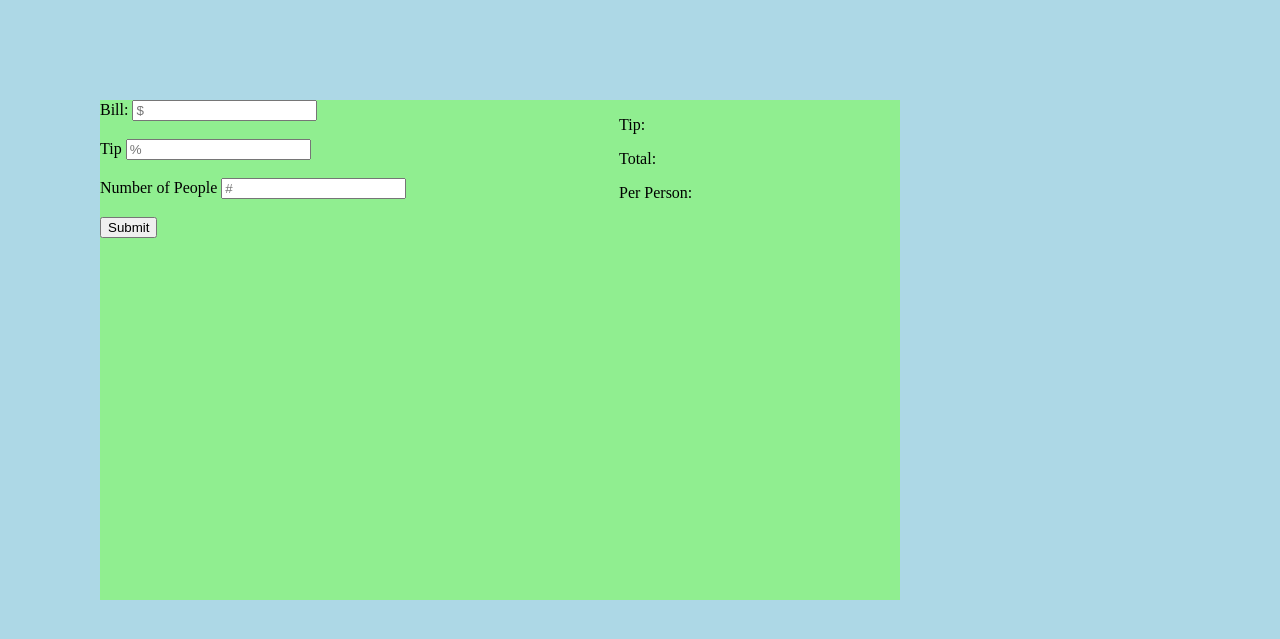
Repository: SamirIngley/Tip-Calculator
Page: tip_display.html
An editor plug-in stored every save of this project. The page is shown before and after the next save, followed by the edit.
The browser window is 1280 px wide. The pictures show the whole page.

Above is the page before, as saved 2020-02-13 09:16:52.

### tip_display.html
<!DOCTYPE html>
<html lang="en">
<head>
    <meta charset="UTF-8">
    <meta name="viewport" content="width=device-width, initial-scale=1.0">
    <meta http-equiv="X-UA-Compatible" content="ie=edge">
    <link href="style.css" rel="stylesheet">
    <title>Tip Calculator</title>
</head>
<body>

    <div class="main-content">
        <form id='form' class='form'>
            <div class='bill'>
                <label>Bill:</label>
                <input id='bill' type="number" name="bill" placeholder="$">
            </div>
            <br>
            <div class='tip'>
                <label>Tip</label>
                <input id='tip' type="number" name="tip" placeholder="%">
            </div>
            <br>
            <div class='numppl'>
                <label>Number of People</label>
                <input id='numppl' type="number" name="numppl" placeholder="#">
            </div>
            <br>
            <div class='submit'>
                <input type="submit" name="submit" value="Submit">
            </div>
        </form>


        <div>
            <p id='tip-display'>
                Tip:
            </p>

            <p id='total-display'>
                Total:
            </p>

            <p id='total-pp-display'>
                Per Person:
            </p>
        </div>

    </div>

</body>



    <script>

        const inputBill = document.getElementById('bill')
        const inputTip = document.getElementById('tip')
        const inputNumppl = document.getElementById('numppl')
        const form = document.getElementById('form')
        const displayTip = document.getElementById('tip-display')
        const displayTotal = document.getElementById('total-display')
        const displayTotalPP = document.getElementById('total-pp-display')


        function calculateTip() {

            const bill = parseInt(inputBill.value)
            const people = inputNumppl.value
            const percent = inputTip.value
            const tip = bill * percent / 100
            const total = bill + tip
            const totalPP = total / people
            console.log(bill)
            console.log(percent)
            console.log(total)
            console.log(tip)
            console.log(people)
            console.log(totalPP)

            displayTip.innerHTML = `Tip: $${tip.toFixed(2)}`
            displayTotal.innerHTML = `Total: $${total.toFixed(2)}`
            displayTotalPP.innerHTML = `Per Person: $${totalPP.toFixed(2)}`
        }



        form.addEventListener("submit", function(e) {
            e.preventDefault()
            calculateTip()
        })

        // inputBill.addEventListnener('change', function(e) {
        //     console.log(inputBill.value)
        //     const newBillAMount = parseFloat(e.target.value)

        // })

    </script>



</body>
</html>

### style.css
body {
    background-color: lightblue;
    margin: 100px;
    display: flex;
}

div.main-content {
    background-color: lightgreen;
    display: grid;
    grid-gap: 5px;
    grid-template-columns: (2, 1fr);
    grid-template-rows: (4, 1fr);
    height: 500px;
    width: 800px;
    grid-template-areas: "b ."
                         "t ."
                         "n ."
                         "s ."

}


/*
.main-content>form {
    display: block;
    font-family: Arial, Helvetica, sans-serif;
    text-align: center;
    margin: 10px;
    padding: 50px;
} */


.form bill {
    grid-area: b;
}

.form tip {
    grid-area: t;
}

.form numppl {
    grid-area: n;
}

.form submit {
    grid-area: s;
}

After the next save:
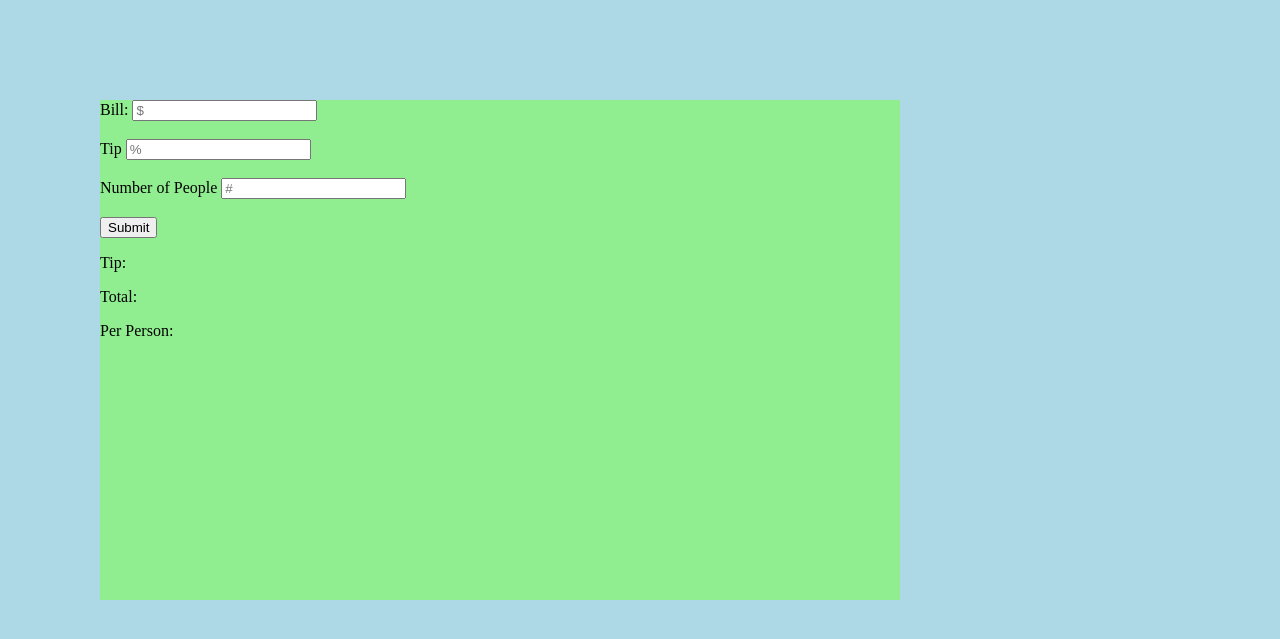
Saved 26 s later.
--- a/style.css
+++ b/style.css
@@ -6,7 +6,7 @@
 
 div.main-content {
     background-color: lightgreen;
-    display: grid;
+    display: grid | inline-grid;
     grid-gap: 5px;
     grid-template-columns: (2, 1fr);
     grid-template-rows: (4, 1fr);

After the 3 saves that followed:
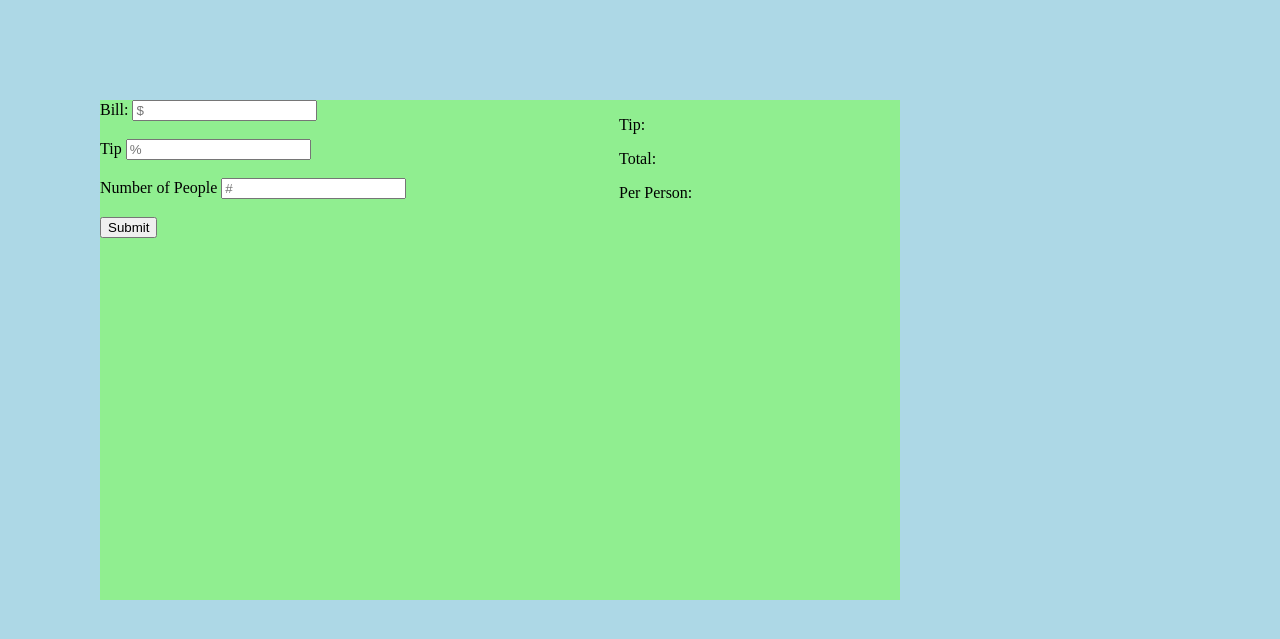
The 3 saves are shown as one change because 1 left the picture as it was and some came seconds apart.
The last was saved 19 s later.
--- a/style.css
+++ b/style.css
@@ -6,7 +6,7 @@
 
 div.main-content {
     background-color: lightgreen;
-    display: grid | inline-grid;
+    display: grid;
     grid-gap: 5px;
     grid-template-columns: (2, 1fr);
     grid-template-rows: (4, 1fr);
